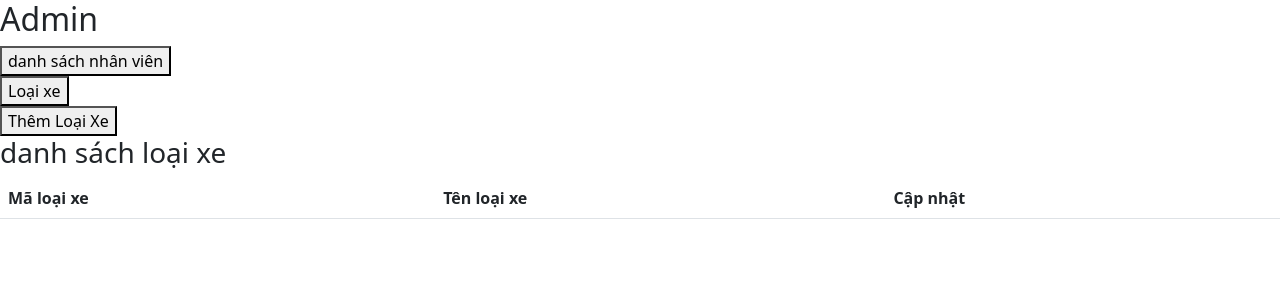
Repository: QuanghuyK1/CNPM
Page: http://localhost/CNPM/WEB-INF/views/LoaiXe/danhsach.jsp
These files come from the project's save history. The page is drawn as it stood at one moment and after the next save; the edit follows.
The browser window is 1280 px wide. The pictures show the whole page.
The page is served by Tomcat 9. Nobody is signed in. The template is opened directly, without the code that normally fills it, so the values that code supplies are empty.

Above is the page before, as saved 2022-04-23 14:45:37.

After the next save:
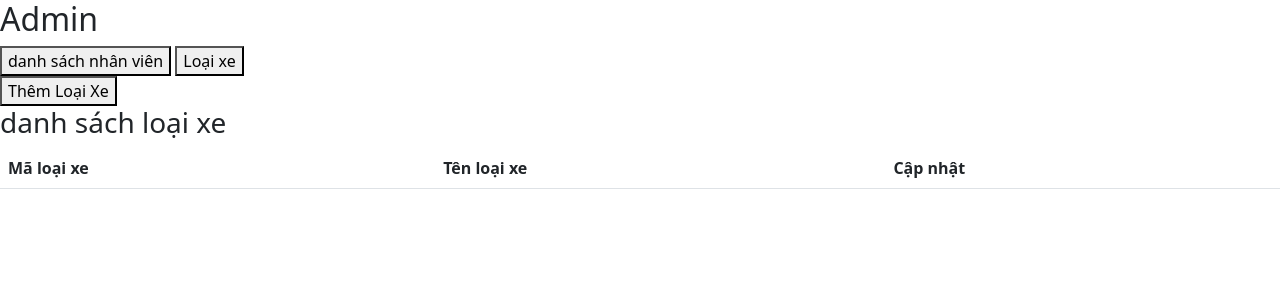
Saved 55 s later.
--- a/CNPM-main/WebXeKhach/CNPM/src/main/webapp/WEB-INF/views/LoaiXe/danhsach.jsp
+++ b/CNPM-main/WebXeKhach/CNPM/src/main/webapp/WEB-INF/views/LoaiXe/danhsach.jsp
@@ -14,8 +14,8 @@
 </head>
 <body>
 	<h2>Admin</h2>
-	<form action = "back.htm"><button>danh sách nhân viên</button></form>
-	<form action = "back1.htm"><button>Loại xe</button></form>
+	<button>danh sách nhân viên</button></form>
+	<button type="submit" formaction="/CNPM/admin/loaixe.htm">Loại xe</button></form>
 	<form action = "loaixe.htm"><button name = "Insert">Thêm Loại Xe</button></form>
 	<h3>danh sách loại xe</h3>
 	<table class="table">
